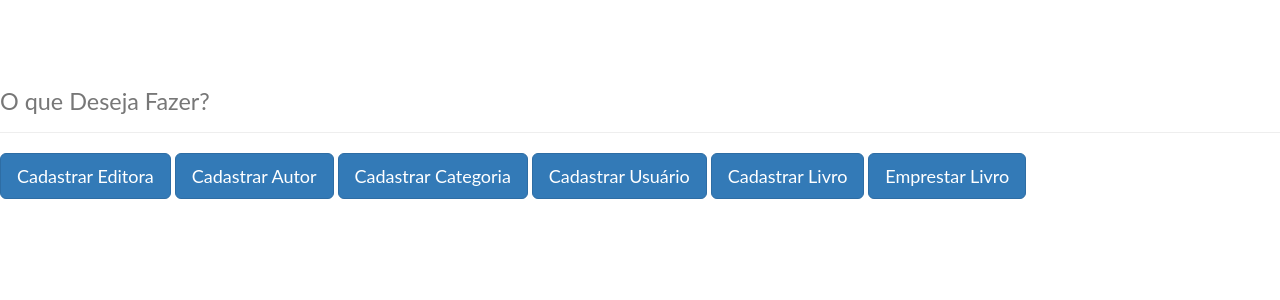
Repository: stefanyco/biblioteca
Page: http://localhost/Biblioteca/acoesFuncionario.jsp
An editor plug-in stored every save of this project. The page is shown before and after the next save, followed by the edit.
The browser window is 1280 px wide. The pictures show the whole page.
The page is served by Tomcat 9. Other server files are loaded and not shown.

Above is the page before, as saved 2016-11-08 00:03:38.

### Sistema Biblioteca/Biblioteca/WebContent/acoesFuncionario.jsp
<%@ page language="java" contentType="text/html; charset=ISO-8859-1"
    pageEncoding="ISO-8859-1"%>
<!DOCTYPE html PUBLIC "-//W3C//DTD HTML 4.01 Transitional//EN" "http://www.w3.org/TR/html4/loose.dtd">
<html>
<head>
	<meta content="width=device-width, initial-scale=1.0">
	<meta http-equiv="Content-Type" content="text/html; charset=ISO-8859-1">
	<link href="bootstrap.min.css" rel="stylesheet"  media="screen" />
	<link href="estilo.css" rel="stylesheet">
	<title>Gerenciamento</title>
</head>
<body>
	<div class="page-header">
		<h1>
			<small>O que Deseja Fazer?</small>
		</h1>

	</div>
	<a href="editoraAdicionar.jsp" class="btn btn-primary btn-lg">Cadastrar Editora</a>
	<a href="autorAdicionar.jsp" class="btn btn-primary btn-lg">Cadastrar Autor</a>
	<a href="categoriaAdicionar.jsp" class="btn btn-primary btn-lg">Cadastrar Categoria</a>
	<a href="usuarioAdicionar.jsp" class="btn btn-primary btn-lg">Cadastrar Usuário</a>
	<a href="livroAdicionar.jsp" class="btn btn-primary btn-lg">Cadastrar Livro</a>
	<a href="emprestimo" class="btn btn-primary btn-lg">Emprestar Livro</a>

</body>
</html>

### Sistema Biblioteca/Biblioteca/WebContent/estilo.css
* {
    font-family: 'Lato', sans-serif;
    font-weight: 300;
}

body {
    padding-top: 50px;
}

section {
    padding-top: 25px;
    padding-bottom: 15px;
    min-height: 100vh;
}

section#contato {
    min-height: 80vh;
}

footer {
    padding-top: 30px;
    padding-bottom: 30px;
    background: url(../imgs/bgslider.png);
}

img.grayscale {
  filter: url("data:[embedded picture, 244 characters]"); /* Firefox 3.5+ */
  filter: gray; /* IE6-9 */
  -webkit-filter: grayscale(100%); /* Chrome 19+ & Safari 6+ */
}

img.grayscale:hover {
  filter: none;
  -webkit-filter: grayscale(0%);
}

.navbar-brand {
   font-weight: 700;
}

.divslider {
    padding-top: 15px;
    padding-bottom: 15px;
    background: url(../imgs/bgslider.png);
}

.div_colorida {
    background: url(../imgs/bgslider.png);
}

.servicos_item * {
    text-align: center;
}

.servicos_item h4 {
    margin-top: 30px;
    font-size: 25px;
}

.servicos_btn_todososservicos {
    margin-top: 25px;
}

.portfolio_item {
    background: white;
}

.portfolio_row {
    margin-bottom: 20px;
}

.portfolio_row:last-child {
    margin-bottom: 0px;
}

.portfolio_item h4 {
    text-align: center;
    margin-top: 20px;
    padding-bottom: 20px;
}

.contato textarea {
    height: 170px;
}

.contato .aviso {
   padding: 15px;
}

.section_interna {
    padding-top: 0px;
}

.form-login {
    max-width: 350px;
    margin-left: auto;
    margin-right: auto;
    padding: 10px;
    border-radius: 10px;
    background: #eee;
}

.form-login input {
    margin-bottom: 10px;
}

.panel {
    margin-bottom: 2px;
}

.conteudo_painel {
    background: white;
    border-radius:8px;
    border:1px solid #eee;
    box-shadow: 2px 2px 5px #888;
}

.conteudo_painel_int {
    padding: 12px;
}

Loaded but not shown: Sistema Biblioteca/Biblioteca/WebContent/bootstrap.min.css (library)

After the next save:
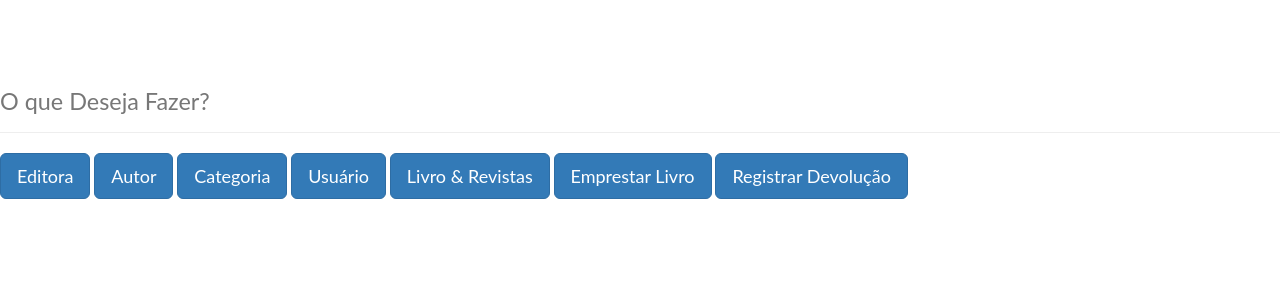
Saved 21 h 9 min later.
--- a/Sistema Biblioteca/Biblioteca/WebContent/acoesFuncionario.jsp
+++ b/Sistema Biblioteca/Biblioteca/WebContent/acoesFuncionario.jsp
@@ -16,12 +16,13 @@
 		</h1>
 
 	</div>
-	<a href="editoraAdicionar.jsp" class="btn btn-primary btn-lg">Cadastrar Editora</a>
-	<a href="autorAdicionar.jsp" class="btn btn-primary btn-lg">Cadastrar Autor</a>
-	<a href="categoriaAdicionar.jsp" class="btn btn-primary btn-lg">Cadastrar Categoria</a>
-	<a href="usuarioAdicionar.jsp" class="btn btn-primary btn-lg">Cadastrar Usuário</a>
-	<a href="livroAdicionar.jsp" class="btn btn-primary btn-lg">Cadastrar Livro</a>
+	<a href="editoraListar.jsp" class="btn btn-primary btn-lg">Editora</a>
+	<a href="autorListar.jsp" class="btn btn-primary btn-lg">Autor</a>
+	<a href="categoriaListar.jsp" class="btn btn-primary btn-lg">Categoria</a>
+	<a href="usuarioAdicionar.jsp" class="btn btn-primary btn-lg">Usuário</a>
+	<a href="livroListar.jsp" class="btn btn-primary btn-lg">Livro & Revistas</a>
 	<a href="emprestimo" class="btn btn-primary btn-lg">Emprestar Livro</a>
+	<a href="emprestimo" class="btn btn-primary btn-lg">Registrar Devolução</a>
 
 </body>
 </html>
